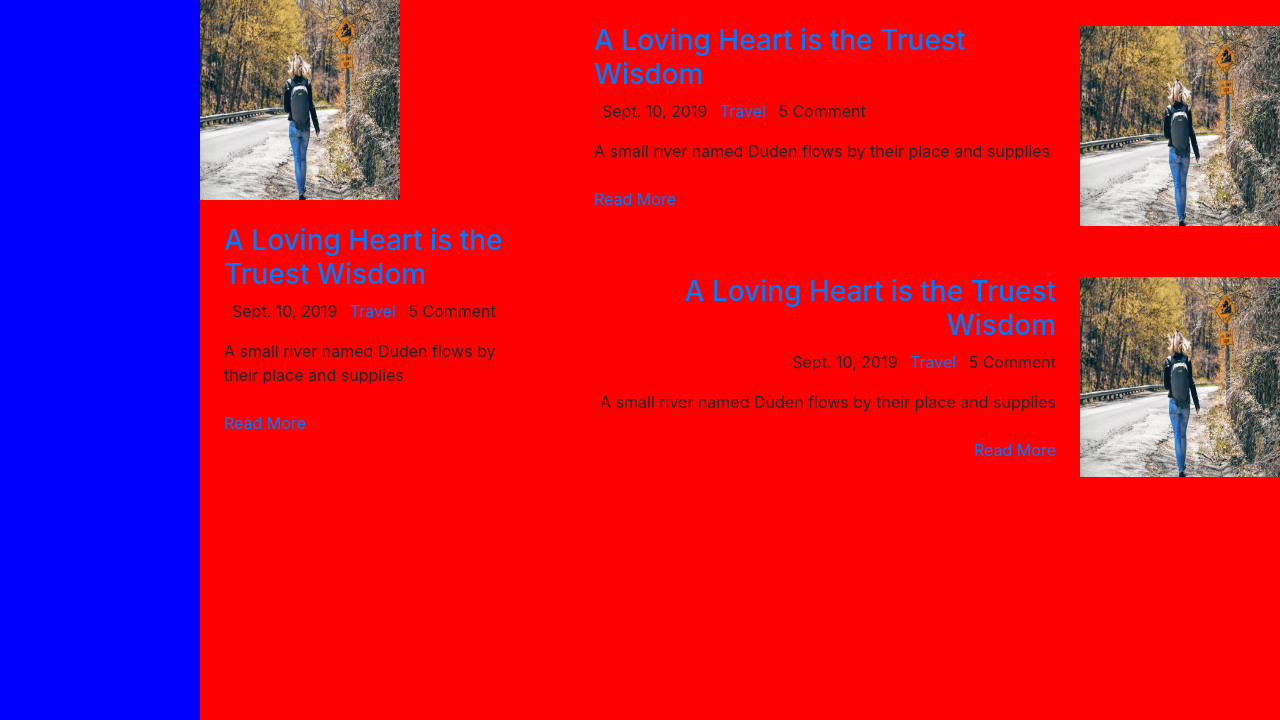
Repository: tts2610/GoogleNews
Page: index.html
These files come from the project's save history. The page is drawn as it stood at one moment and after the next save; the edit follows.
The browser window is 1280 px wide. The pictures show the whole page.
The page's requests for data from a server got no answer.

Above is the page before, as saved 2020-05-20 13:43:27.

### index.html
<!DOCTYPE html>
<html lang="en">

<head>
    <meta charset="UTF-8">
    <meta name="viewport" content="width=device-width, initial-scale=1.0">
    <title>Document</title>
    <link rel="stylesheet" href="https://maxcdn.bootstrapcdn.com/bootstrap/4.4.1/css/bootstrap.min.css">

    <!-- jQuery library -->
    <script src="https://ajax.googleapis.com/ajax/libs/jquery/3.5.1/jquery.min.js"></script>

    <!-- Popper JS -->
    <script src="https://cdnjs.cloudflare.com/ajax/libs/popper.js/1.16.0/umd/popper.min.js"></script>

    <!-- Latest compiled JavaScript -->
    <script src="https://maxcdn.bootstrapcdn.com/bootstrap/4.4.1/js/bootstrap.min.js"></script>
    <link rel="stylesheet" href="css/style.css">
</head>

<body>
    <div class="myContainer">
        <div class="sidenav"></div>
        <div class="content">
            <div class="row">
                <div class="col-4 d-flex">
                    <div class="blog-entry">
                        <div>
                            <img src="img/image_8.jpg" width="200" height="200">
                        </div>


                        <div class="text p-4">
                            <h3 class="mb-2"><a href="single.html">A Loving Heart is the Truest Wisdom</a></h3>
                            <div class="meta-wrap">
                                <p class="meta">
                                    <span><i class="icon-calendar mr-2"></i>Sept. 10, 2019</span>
                                    <span><a href="single.html"><i class="icon-folder-o mr-2"></i>Travel</a></span>
                                    <span><i class="icon-comment2 mr-2"></i>5 Comment</span>
                                </p>
                            </div>
                            <p class="mb-4">A small river named Duden flows by their place and supplies</p>
                            <p><a href="#" class="btn-custom">Read More <span class="ion-ios-arrow-forward"></span></a></p>
                        </div>
                    </div>
                </div>
                <div class="col-8 d-flex">
                    <div class="row">
                        <div class="col-md-12">
                            <div class="blog-entry ftco-animate d-md-flex align-items-center">
                                <div class="text text-2 p-4">
                                    <h3 class="mb-2"><a href="single.html">A Loving Heart is the Truest Wisdom</a></h3>
                                    <div class="meta-wrap">
                                        <p class="meta">
                                            <span><i class="icon-calendar mr-2"></i>Sept. 10, 2019</span>
                                            <span><a href="single.html"><i class="icon-folder-o mr-2"></i>Travel</a></span>
                                            <span><i class="icon-comment2 mr-2"></i>5 Comment</span>
                                        </p>
                                    </div>
                                    <p class="mb-4">A small river named Duden flows by their place and supplies</p>
                                    <p><a href="#" class="btn-custom">Read More <span class="ion-ios-arrow-forward"></span></a></p>
                                </div>
                                <div class="news-img"><img src="img/image_8.jpg" width="200" height="200"></div>
                            </div>
                        </div>
                        <div class="col-md-12">
                            <div class="blog-entry ftco-animate d-md-flex align-items-center">
                                <div class="text text-2 text-md-right p-4">
                                    <h3 class="mb-2"><a href="single.html">A Loving Heart is the Truest Wisdom</a></h3>
                                    <div class="meta-wrap">
                                        <p class="meta">
                                            <span><i class="icon-calendar mr-2"></i>Sept. 10, 2019</span>
                                            <span><a href="single.html"><i class="icon-folder-o mr-2"></i>Travel</a></span>
                                            <span><i class="icon-comment2 mr-2"></i>5 Comment</span>
                                        </p>
                                    </div>
                                    <p class="mb-4">A small river named Duden flows by their place and supplies</p>
                                    <p><a href="#" class="btn-custom">Read More <span class="ion-ios-arrow-forward"></span></a></p>
                                </div>
                                <div class="news-img"><img src="img/image_8.jpg" width="200" height="200"></div>
                            </div>
                        </div>
                    </div>
                </div>
            </div>


        </div>
    </div>

    <script src="js/script.js"></script>
</body>

</html>

### css/style.css
body {
    margin: 0
}

.myContainer {
    display: flex;
    justify-content: start;
}

.sidenav {
    height: 100vh;
    width: 200px;
    float: left;
    position: relative;
    background-color: blue;
}

.content {
    height: 100vh;
    width: calc(100% - 200px);
    float: right;
    position: relative;
    background-color: red;
    overflow-y: scroll;
}

#news-left-img {
    width: fit-content;
}

### js/script.js
let newsList = [];
const apiKey = "2dc86bcdc7184b17b45b74b30858f75a"
const loadNews = async() => {
    let url = `https://newsapi.org/v2/top-headlines?country=us&apiKey=${apiKey}`;
    let data = await fetch(url);
    let result = await data.json();

    console.log("what we get here", result);
}

loadNews();

After the next save:
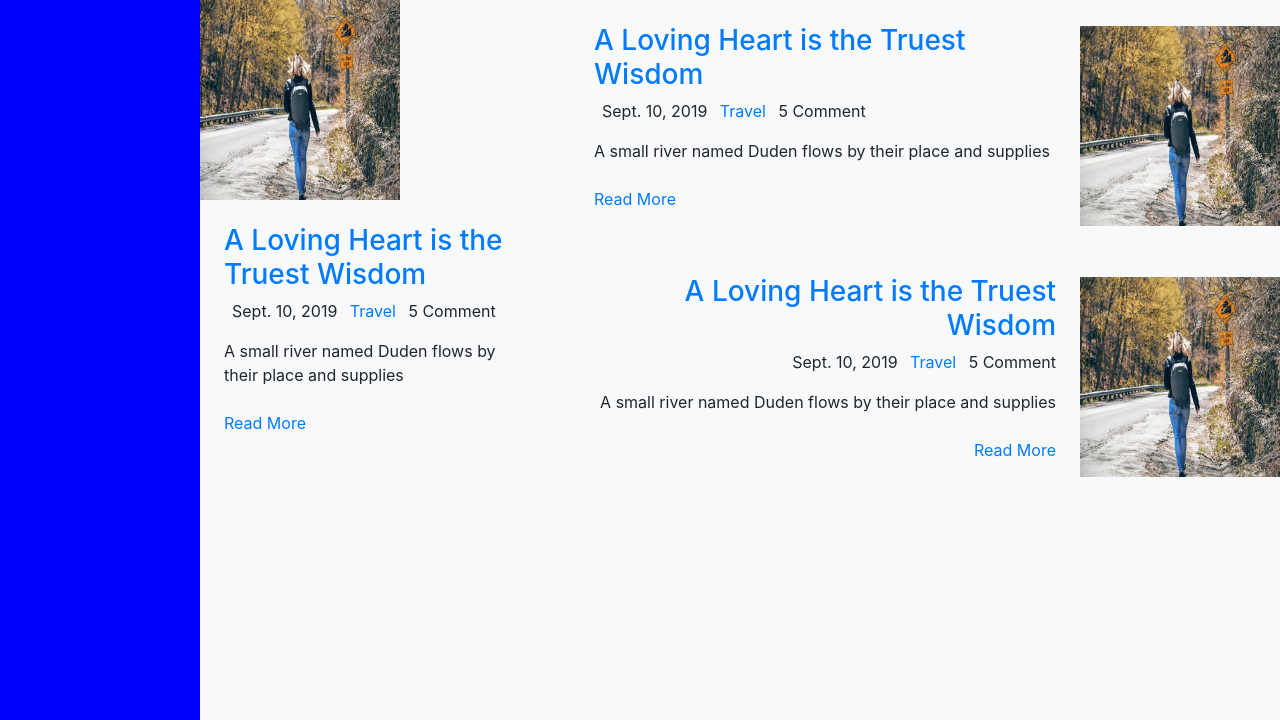
Saved 78 s later.
--- a/css/style.css
+++ b/css/style.css
@@ -20,7 +20,7 @@ body {
     width: calc(100% - 200px);
     float: right;
     position: relative;
-    background-color: red;
+    background-color: #f8f9fa;
     overflow-y: scroll;
 }
 
